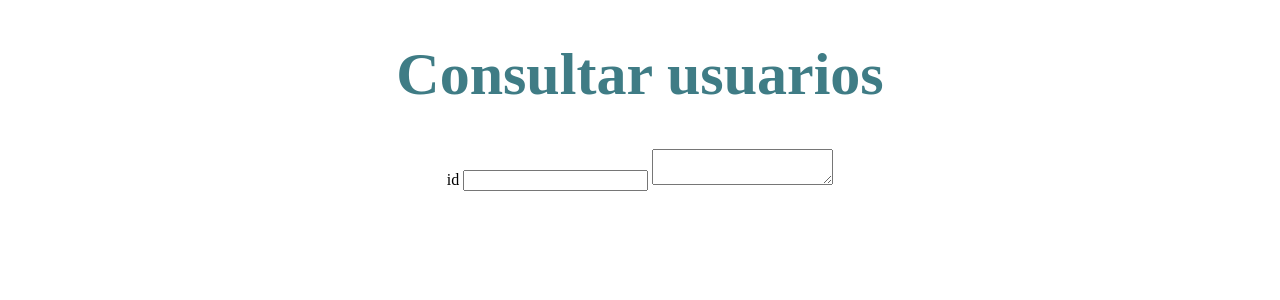
Repository: MCamilaM/app-web-register
Page: http://localhost/consultClient
The author's editor kept a record of every edit. The page is drawn from the files as they stood at one moment, then again after the next edit.
The browser window is 1280 px wide. The pictures show the whole page.
The page is served by the project's application, run on Flask 3 (server.py).

Above is the page before.

After the next edit:
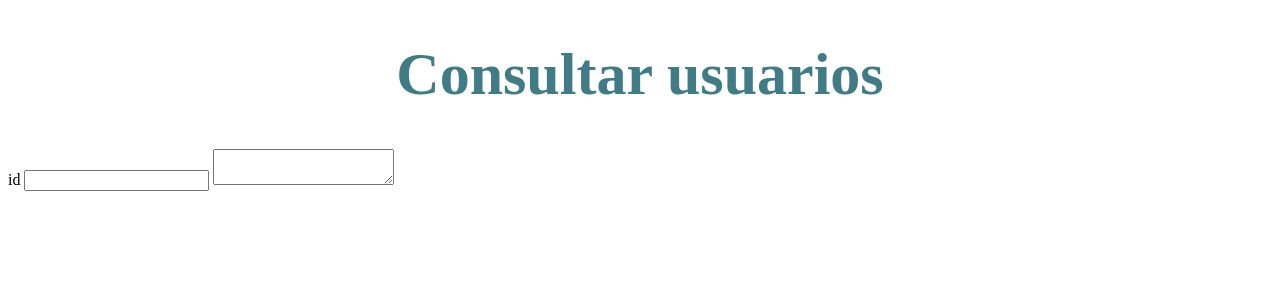
The edit:
--- a/templates/consultClient.html
+++ b/templates/consultClient.html
@@ -3,7 +3,7 @@
     <head>
         <meta http-equiv="content-type" content="text/html; charset=utf-8" />
         <title>Web App</title>
-        <link rel="stylesheet" href="../static/css/styleHome.css" type="text/css" media="all" />
+        <link rel="stylesheet" href="../static/css/styleConsult.css" type="text/css" media="all" />
         <script src="../static/js/appHome.js" type="text/javascript" charset="utf-8"></script>
     </head>
     <body>
